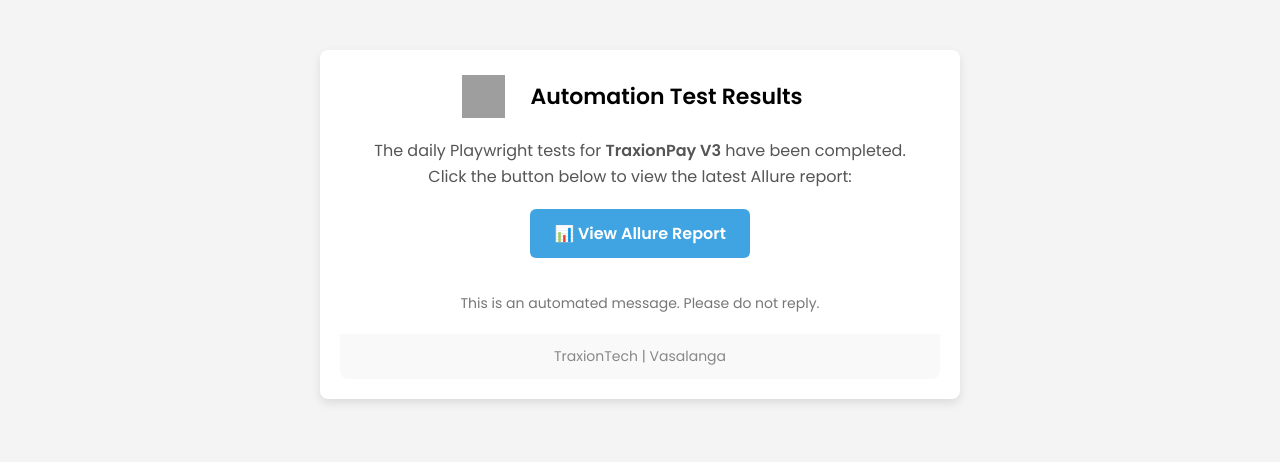
Repository: jmendozaqa24/TraxionPay-V3
Page: template.html
These files come from the project's save history. The page is drawn as it stood at one moment and after the next save; the edit follows.
The browser window is 1280 px wide. The pictures show the whole page.
Pictures or frames that could not be fetched are drawn as grey boxes.

Above is the page before, as saved 2025-02-18 09:30:31.

After the next save:
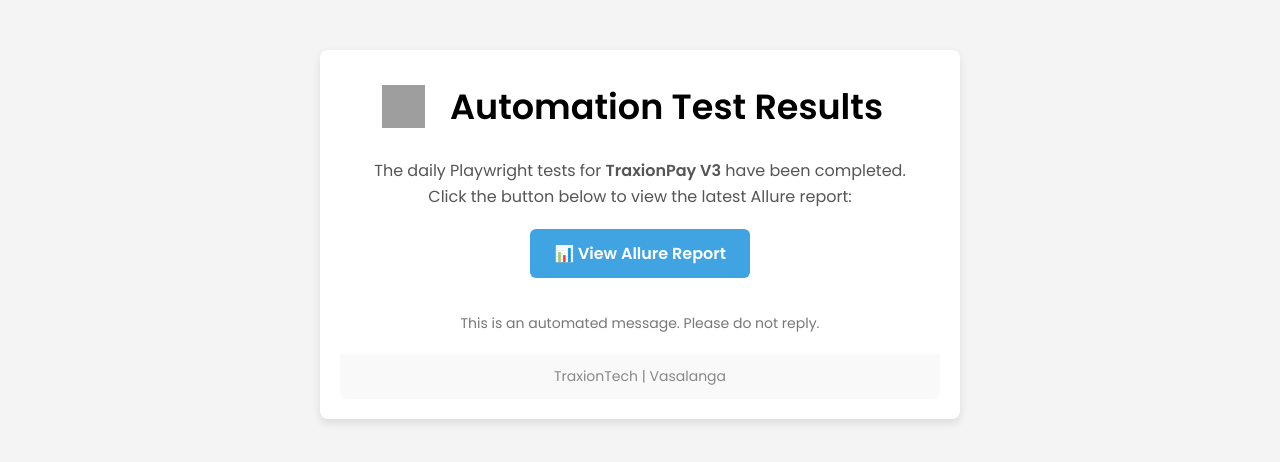
Saved 14 s later.
--- a/template.html
+++ b/template.html
@@ -13,7 +13,7 @@
             <img src="https://cdn.brandfetch.io/idpyc8TcWP/w/400/h/400/theme/dark/icon.png?c=1dxbfHSJFAPEGdCLU4o5B"
                  alt="Playwright Logo"
                  style="width: 43px; height: 43px; margin-right: 10px;">
-            <h1 style="color: #000000;  padding: 10px 15px; border-radius: 6px; margin: 0; font-size: 22px;">
+            <h1 style="color: #000000;  padding: 10px 15px; border-radius: 6px; margin: 0; font-size: 35px;">
                 Automation Test Results
             </h1>
         </div>
